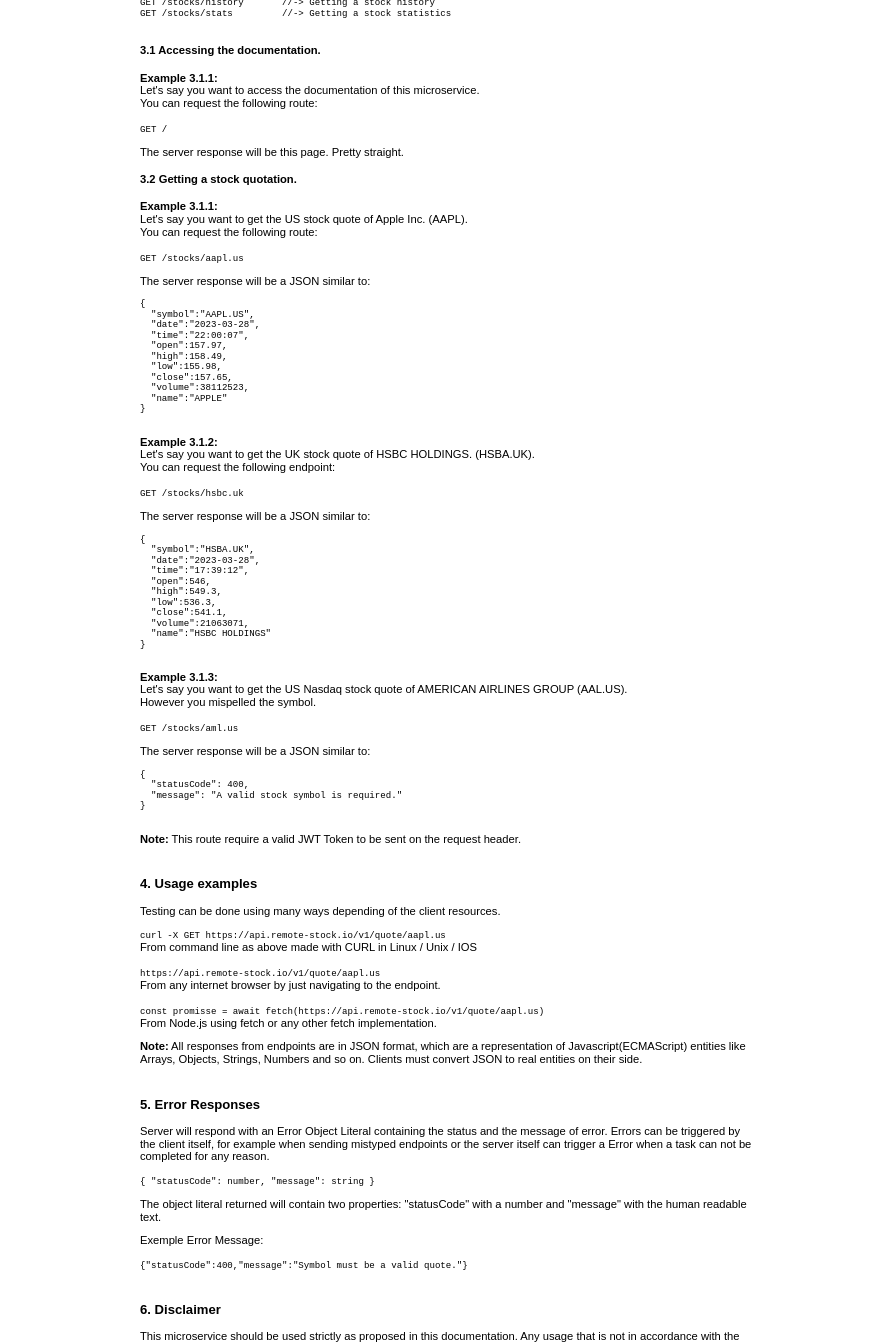
Repository: miguelamello/nest-js
Page: stock-service/documentation.html
These files come from the project's save history. The page is drawn as it stood at one moment and after a run of saves; the edit follows.
The browser window is 1280 px wide. The pictures show the part of the page from y = 1761 to 3681 px (the page is 3796 px tall before and 3981 px after), at 70% of full size.

Above is the page before, as saved 2023-04-02 21:18:58.

### stock-service/documentation.html
<!DOCTYPE html>
<html lang="en">
<head>
  <meta charset="UTF-8">
  <meta http-equiv="X-UA-Compatible" content="IE=edge">
  <meta name="viewport" content="width=device-width, initial-scale=1.0">
  <title>STOCK QUOTE MICROSERVICE</title>
  <style>
    body {
      font-family: Arial, Helvetica, sans-serif;
      padding: 3% 15%;
    }
    h3 {
      margin-top: 5%;
    }
    pre {
      margin: 0;
      overflow: auto;
    }
  </style>
</head>
<body>
  <h2>STOCK QUOTE MICROSERVICE DOCUMENTATION</h2>
  <p>
    This microservice aims to facilitate the acquisition of stock exchange quotes from various
    companies in US and UK. Please follow the documentation to get a complete understanding
    of how the service works.
  </p>

  <h3>1. Entrypoint</h3>
  <code>https://api.stock-quote.io/v1</code>
  <p>
    All routes starts from the entrypoint above. Accessing this entrypoint will
    retrieve the STOCK QUOTE MICROSERVICE DOCUMENTATION in a friendly presentation,
    as easy to read as this page can be.
  </p>

  <p>If you want for a more detailed documentation, you should navigate to the
    STOCK QUOTE MICROSERVICE SPECIFICATION where you will find more technical
    explanations about the service.
  </p>

  <pre>
GET /spec HTTP/1.1
Host: https://api.stock-quote.io/v1
  </pre>

  <h3>2. Authentication</h3>
  <p>A JSON Web Token (JWT) Authentication is required for some routes on the microservice.
    Below is listed the steps that must be followed to get a valid JWT Token. The token is
    a string similar to the following:
  </p>

  <pre>
eyJhbGciOiJIUzI1NiIsInR5cCI6IkpXVCJ9.eyJ1c2VybmFtZSI6Im1pZ3VlbGFuZ2Vsb21
lbGxvQGdtYWlsLmNvbSIsInN1YiI6IjY0Mjg2YmY0ZWE1OTAxNmQwNjg0MTJiYSIsImlhdCI6MTY4MDM3Mjc4OSwiZ
XhwIjoxNjgwNDU5MTg5fQ.6tP4CUwuBqWPXSu1aLEoy7kCQnCnvEBEXRHDIXUWLNo
  </pre>
  <p>

    <br><div><b>2.1 Signup to the service</b></div><br>

    <pre>
POST /auth/signup HTTP/1.1
Host: https://api.stock-quote.io/v1
Content-Type: application/x-www-form-urlencoded
Content-Length: 35

email=yourname@example.com
    </pre>

    <div>You must send a POST request to <code>/auth/signup</code> with POST BODY containing a valid email.
      You will receive a email with a link to confirm your email address. After the email confirmation,
      another email with your Username and Password will be sent to you. You should use this login
      information to get your JWT Token. Keep following.</div>
    </div>
  </p>

  <p>
    <br><div><b>2.2 Signin to the service</b></div><br>

    <pre>
POST /auth/signin HTTP/1.1
Host: https://api.stock-quote.io/v1
Content-Type: application/x-www-form-urlencoded
Content-Length: 77

email=yourname@example.com&
password=e49015be5ba9752ab634b5649045bc56
    </pre>

    <div>You must send a POST request to <code>/auth/signin</code> with POST BODY containing the
      confirmed email and the password you received by email. If login is valid you will
      receive a response with the JWT Token that you must use to access all the available
      routes on the microservice. The Route response will be a JWT Token similar to bellow.
    </div><br>

    <pre>
{
  "access_token": "eyJhbGciOiJIUzI1NiIsInR5cCI6IkpXVCJ9.eyJ1c2VybmFtZSI6Im1pZ3VlbGFuZ2Vsb21
  lbGxvQGdtYWlsLmNvbSIsInN1YiI6IjY0Mjg2YmY0ZWE1OTAxNmQwNjg0MTJiYSIsImlhdCI6MTY4MDM3Mjc4OSwiZ
  XhwIjoxNjgwNDU5MTg5fQ.6tP4CUwuBqWPXSu1aLEoy7kCQnCnvEBEXRHDIXUWLNo"
}
    </pre>

    <div>Note: You must annotate this token somewhere, since a JWT Token can not be generated
      again with the same hash. If you lose your token, you will have to repeat the steps above
      on item 2.2 to get a new token.
    </div><br>

  </p>

  <p>
    <div><b>2.3 Use the JWT Token to access the routes</b></div><br>

    <pre>
GET /stocks/aapl.us HTTP/1.1
Host: https://api.stock-quote.io/v1
Authorization: Bearer eyJhbGciOiJIUzI1NiIsInR5cCI6IkpXVCJ9.eyJ1c2VybmFtZSI6Im1pZ3VlbGFuZ2Vsb21
lbGxvQGdtYWlsLmNvbSIsInN1YiI6IjY0Mjg2YmY0ZWE1OTAxNmQwNjg0MTJiYSIsImlhdCI6MTY4MDM3Mjc4OSwiZXhwI
joxNjgwNDU5MTg5fQ.6tP4CUwuBqWPXSu1aLEoy7kCQnCnvEBEXRHDIXUWLNo
    </pre>

    <div>Here as an example, a request to the route <code>/stocks/aapl.us</code> is being made.
      You have to pay attention where you send the JWT Token in the request. The right place to
      send is in the HEADER of the request, using the field <code>Authorization:</code> and on the
      value side you write the JWT Token prefixing with <code>Bearer </code> keyword. This is a internet
      Standard for sending JWT Tokens.
    </div><br>

    <div>
      If everything is okay with your token, you can use it for up to 24 hours. After that, you will
      need to get a new token by following the steps above on item 2.2. Its a good idea to annotate
      the token and the password you received by email, so you can use it again in the future. However
      keep following to see how to reset your password.
    </div>
  </p>

  <h3>3. Routes</h3>

  <p>This microservice offers 8 routes, as listed below:</p>

  <pre>
GET /                     //-> Accessing the API documentation
GET /specs                //-> Accessing the API specification
POST /auth/signup         //-> Creating a new user
POST /auth/signin         //-> Getting a JWT Token
POST /auth/reset-password //-> Resetting your password
GET /stocks/{symbol}      //-> Getting a stock quotation
GET /stocks/history       //-> Getting a stock history
GET /stocks/stats         //-> Getting a stock statistics
  </pre>

  <h4>3.1 Accessing the documentation.</h4>

  <p>
    <div><b>Example 3.1.1:</b></div>
    <div>Let's say you want to access the documentation of this microservice.</div>
    <div>You can request the following route:</div><br>
    <code>GET /</code>

    <p>The server response will be this page. Pretty straight.</p>
  </p>



  <h4>3.2 Getting a stock quotation.</h4>

  <p>
    <div><b>Example 3.1.1:</b></div>
    <div>Let's say you want to get the US stock quote of Apple Inc. (AAPL).</div>
    <div>You can request the following route:</div><br>
    <code>GET /stocks/aapl.us</code>

    <p>The server response will be a JSON similar to:</p>

    <pre>
{
  "symbol":"AAPL.US",
  "date":"2023-03-28",
  "time":"22:00:07",
  "open":157.97,
  "high":158.49,
  "low":155.98,
  "close":157.65,
  "volume":38112523,
  "name":"APPLE"
}
    </pre>
  </p>
  <p>
    <div><b>Example 3.1.2:</b></div>
    <div>Let's say you want to get the UK stock quote of HSBC HOLDINGS. (HSBA.UK).</div>
    <div>You can request the following endpoint:</div><br>
    <code>GET /stocks/hsbc.uk</code>

    <p>The server response will be a JSON similar to:</p>

    <pre>
{
  "symbol":"HSBA.UK",
  "date":"2023-03-28",
  "time":"17:39:12",
  "open":546,
  "high":549.3,
  "low":536.3,
  "close":541.1,
  "volume":21063071,
  "name":"HSBC HOLDINGS"
}
    </pre>
  </p>

  <p>
    <div><b>Example 3.1.3:</b></div>
    <div>Let's say you want to get the US Nasdaq stock quote of AMERICAN AIRLINES GROUP (AAL.US).</div>
    <div>However you mispelled the symbol.</div><br>
    <code>GET /stocks/aml.us</code>

    <p>The server response will be a JSON similar to:</p>

    <pre>
{
  "statusCode": 400,
  "message": "A valid stock symbol is required."
}
    </pre>

    <p>
      <b>Note:</b> This route require a valid JWT Token to be sent on the request header.
    </p>
  </p>

  <h3>4. Usage examples</h3>

  <p>Testing can be done using many ways depending of the client resources.</p>

  <code>curl -X GET https://api.remote-stock.io/v1/quote/aapl.us</code>
  <div>From command line as above made with CURL in Linux / Unix / IOS</div>
  <br>
  <code>https://api.remote-stock.io/v1/quote/aapl.us</code>
  <div>From any internet browser by just navigating to the endpoint.</div>
  <br>
  <code>const promisse = await fetch(https://api.remote-stock.io/v1/quote/aapl.us)</code>
  <div>From Node.js using fetch or any other fetch implementation.</div>

  <p>
    <b>Note:</b> All responses from endpoints are in JSON format, which are a
    representation of Javascript(ECMAScript) entities like Arrays, Objects,
    Strings, Numbers and so on. Clients must convert JSON to real entities
    on their side.
  </p>

  <h3>5. Error Responses</h3>

  <p>
    Server will respond with an Error Object Literal containing
    the status and the message of error. Errors can be triggered
    by the client itself, for example when sending mistyped endpoints
    or the server itself can trigger a Error when a
    task can not be completed for any reason.
  </p>

  <p>
    <code>{ "statusCode": number, "message": string }</code><br>
    <div>
      The object literal returned will contain two properties:
      "statusCode" with a number and "message" with the human readable text.
    </div>
  </p>

  <p>Exemple Error Message:</p>
  <p>
    <code>
      {"statusCode":400,"message":"Symbol must be a valid quote."}
    </code>
  </p>

  <h3>6. Disclaimer</h3>
  <p>
    This microservice should be used strictly as proposed in this documentation.
    Any usage that is not in accordance with the documentation may result in harmful
    consequences to the user. The authors of this service are not responsible for
    any misuse of the proposed microservice and its consequences. If you have any question,
    suggestion, information regarding the use of this service, please contact
    the authors at <b>developers@remote-stock.io</b>
  </p>

</body>
</html>

After the next 2 saves:
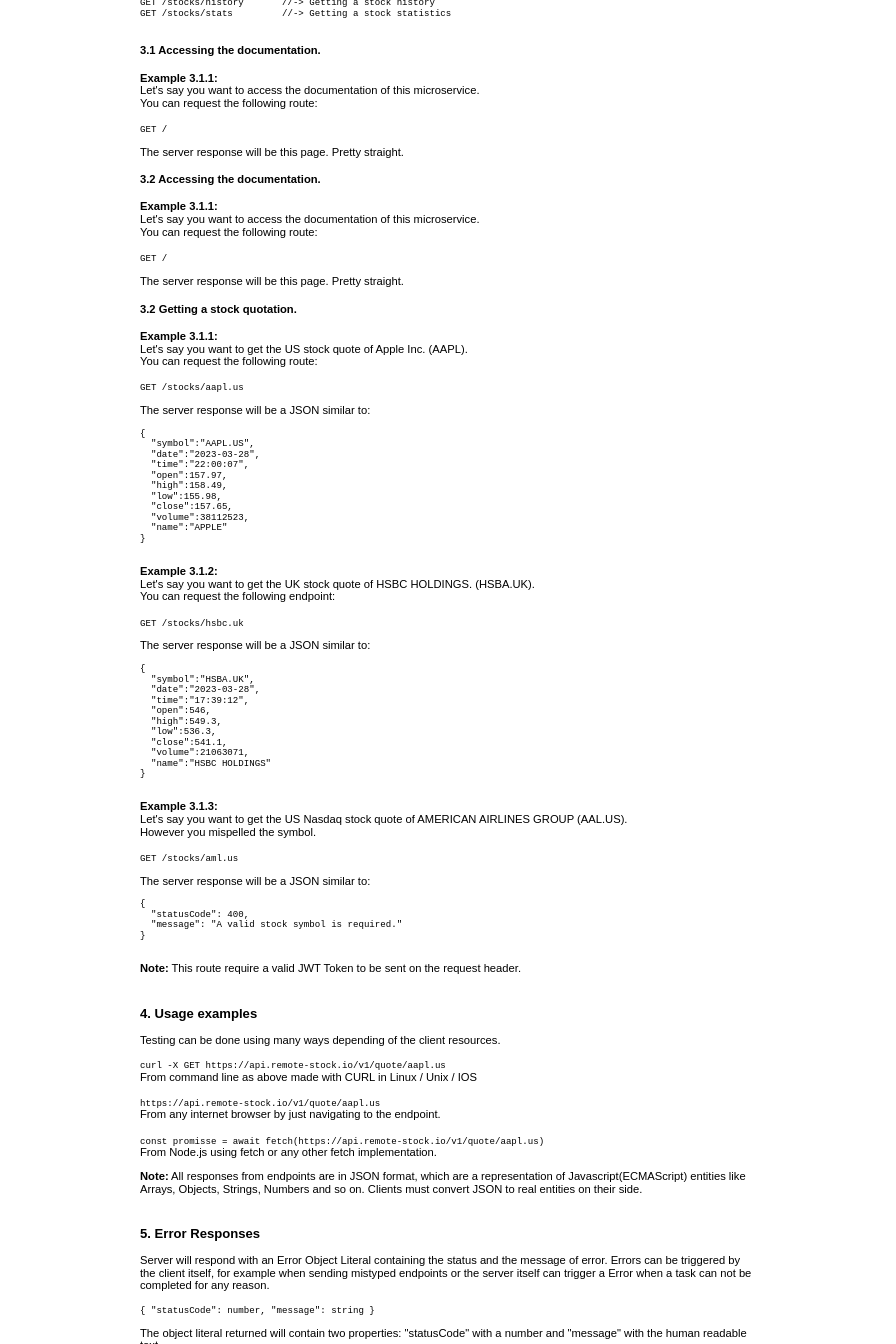
The 2 saves are shown as one change because they came seconds apart.
The last was saved 7 s later.
--- a/stock-service/documentation.html
+++ b/stock-service/documentation.html
@@ -162,7 +162,16 @@ GET /stocks/stats         //-> Getting a stock statistics
     <p>The server response will be this page. Pretty straight.</p>
   </p>
 
-
+  <h4>3.2 Accessing the documentation.</h4>
+
+  <p>
+    <div><b>Example 3.1.1:</b></div>
+    <div>Let's say you want to access the documentation of this microservice.</div>
+    <div>You can request the following route:</div><br>
+    <code>GET /</code>
+
+    <p>The server response will be this page. Pretty straight.</p>
+  </p>
 
   <h4>3.2 Getting a stock quotation.</h4>
 
